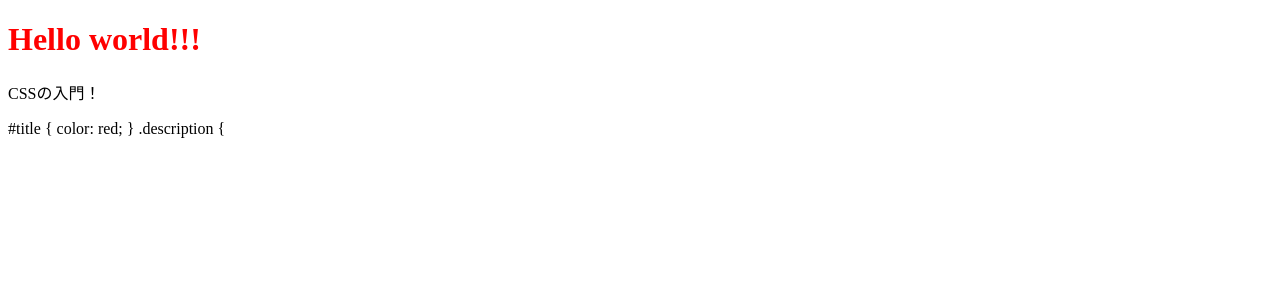
Repository: shimada-ryusuke/sample2
Page: html/css_intro.html
The author's editor kept a record of every edit. The page is drawn from the files as they stood at one moment, then again after the next edit.
The browser window is 1280 px wide. The pictures show the whole page.

Above is the page before.

After the next edit:
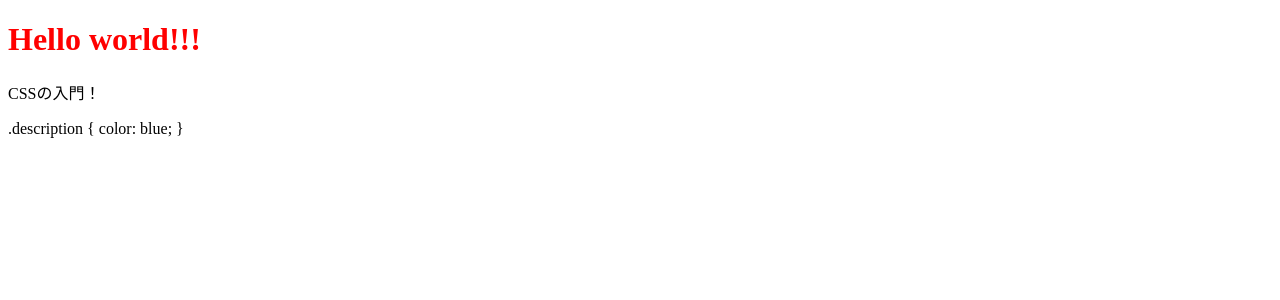
The edit:
--- a/html/css_intro.html
+++ b/html/css_intro.html
@@ -13,9 +13,9 @@
   <body>
     <h1 id="title">Hello world!!!</h1>
     <p class="description">CSSの入門！</p>
-    #title {
-      color: red;
+        .description {
+      color: blue;
       }
-    .description {
+
   </body>
 </html>
